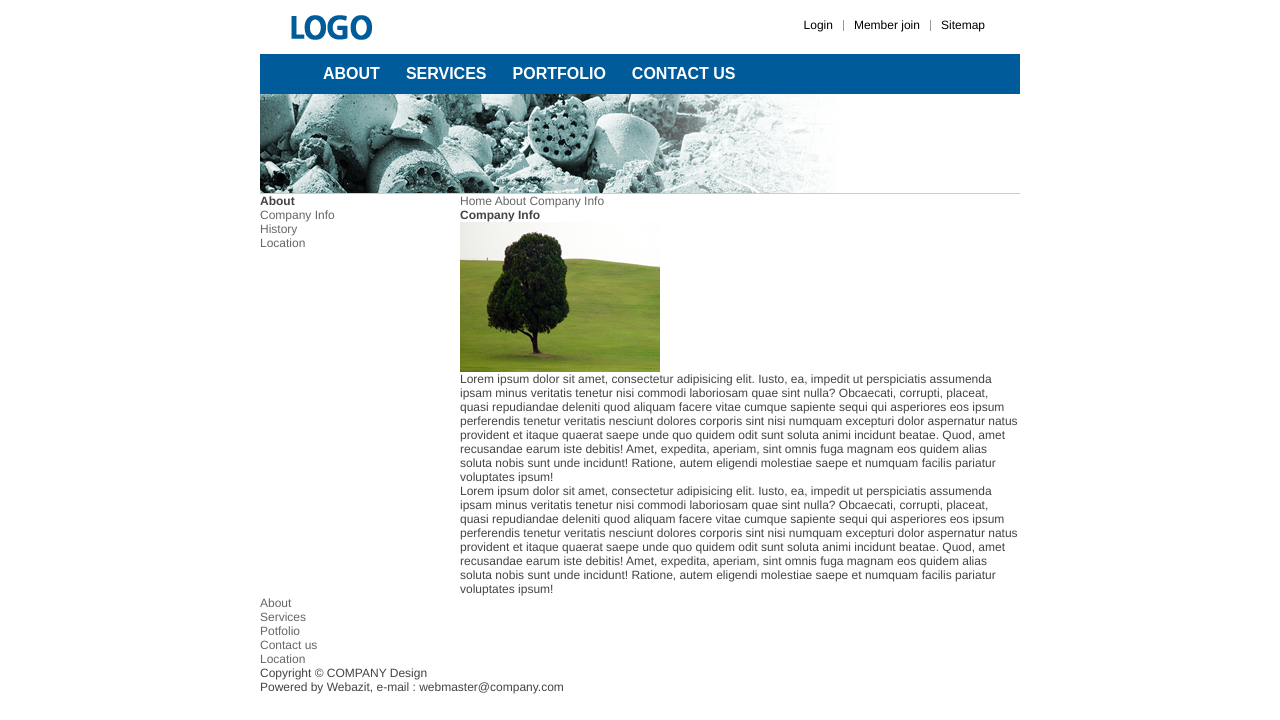
Repository: ssummini/Web
Page: CSS/src/main/webapp/10_webPage/index.html
An editor plug-in stored every save of this project. The page is shown before and after the next save, followed by the edit.
The browser window is 1280 px wide. The pictures show the whole page.
Some web fonts or font styles are not loaded; a fallback is used.

Above is the page before, as saved 2024-08-16 07:28:18.

### CSS/src/main/webapp/10_webPage/index.html
<!DOCTYPE html>
<html>
<head>
<meta charset="UTF-8">
<title>Insert title here</title>
<link rel="stylesheet" href="./main.css">
</head>
<body>
<dl class="skip">
	<dt class="blind">skip navigation</dt>
	<dd><a href="#content">skip to content</a></dd>
</dl><!-- skip -->
<hr/>

<div id="wrap">
	<div id="header">
		<h1 class="logo"><a href="#">LOGO</a></h1>

		<dl class="topnav">
			<dt class="blind">top navigation</dt>
			<dd><a href="#">Login</a></dd>
			<dd><a href="#">Member join</a></dd>
			<dd><a href="#">Sitemap</a></dd>
		</dl>

		<h2 class="blind">main navigation</h2>
		<ul class="mainnav">
			<li><a href="#">About</a></li>
			<li><a href="#">Services</a></li>
			<li><a href="#">Portfolio</a></li>
			<li><a href="#">Contact us</a></li>
		</ul>
	</div><!-- header -->
	<hr/>

	<div id="container">
		<div class="snb">
			<h2>About</h2>
			<ul>
				<li><a href="#">Company Info</a></li>
				<li><a href="#">History</a></li>
				<li><a href="#">Location</a></li>
			</ul>
		</div><!-- snb -->
		<hr/>

		<div id="content">
			<p class="locate">
				<a href="#">Home</a>
				<a href="#">About</a>
				<a href="#">Company Info</a>
			</p>

			<h2>Company Info</h2>

			<p>
				<img src="../image/treethum.png" alt="tree thumnail photo">
			</p>

			<p>Lorem ipsum dolor sit amet, consectetur adipisicing elit. Iusto, ea, impedit ut
            perspiciatis assumenda ipsam minus veritatis tenetur nisi commodi laboriosam
            quae sint nulla? Obcaecati, corrupti, placeat, quasi repudiandae deleniti quod
            aliquam facere vitae cumque sapiente sequi qui asperiores eos ipsum perferendis
            tenetur veritatis nesciunt dolores corporis sint nisi numquam excepturi dolor
            aspernatur natus provident et itaque quaerat saepe unde quo quidem odit sunt
            soluta animi incidunt beatae. Quod, amet recusandae earum iste debitis! Amet,
            expedita, aperiam, sint omnis fuga magnam eos quidem alias soluta nobis sunt
            unde incidunt! Ratione, autem eligendi molestiae saepe et numquam facilis
            pariatur voluptates ipsum!</p>
			<p>Lorem ipsum dolor sit amet, consectetur adipisicing elit. Iusto, ea, impedit ut
            perspiciatis assumenda ipsam minus veritatis tenetur nisi commodi laboriosam
            quae sint nulla? Obcaecati, corrupti, placeat, quasi repudiandae deleniti quod
            aliquam facere vitae cumque sapiente sequi qui asperiores eos ipsum perferendis
            tenetur veritatis nesciunt dolores corporis sint nisi numquam excepturi dolor
            aspernatur natus provident et itaque quaerat saepe unde quo quidem odit sunt
            soluta animi incidunt beatae. Quod, amet recusandae earum iste debitis! Amet,
            expedita, aperiam, sint omnis fuga magnam eos quidem alias soluta nobis sunt
            unde incidunt! Ratione, autem eligendi molestiae saepe et numquam facilis
            pariatur voluptates ipsum!</p>
		</div><!-- content -->
	</div><!-- container -->
	<hr/>

	<div id="footer">
		<dl class="btmnav">
			<dt class="blind">bottom navigation</dt>
				<dd><a href="#">About</a></dd>
				<dd><a href="#">Services</a></dd>
				<dd><a href="#">Potfolio</a></dd>
				<dd><a href="#">Contact us</a></dd>
				<dd><a href="#">Location</a></dd>
		</dl>

    	<p class="copy">
			Copyright &copy; COMPANY Design<br>
			Powered by Webazit, e-mail : webmaster@company.com
		</p>
	</div><!-- footer -->
</div><!--  wrap -->
</body>
</html>
<!--
Skip Navigation
Skip Navigation 사용하는 가장 큰 이유는 사용자 편의 및 웹 접근성이다.

웹 접근성이라고 하면 우리나라에서는 장애인에 대한 편의를 제공하는 것이다.

본문으로 이동하기 위해서는 대 메뉴와 좌측 메뉴 등과 같이 반복적으로 제공되는 링크를 모두 거쳐야만 한다. 즉, Tab키/방향키을 반복적으로 눌러야하는 불필요한 행동을 해야하는 것이다. 이는 웹 접근성을 저해하는 주요인이 된다. 그래서 사용자 특히 장애인이 반복적인 링크들로 인해 불편해 하지 않고, 원하는 영역 즉 ‘본문’으로 바로 이동할 수 있는 건너뛰기 링크를 반드시 제공해야 한다.

하지만 더 큰 범위에서는 정상적으로 쓸 수 없는 상황에 대해서도 편의를 제공하는 것이다.

가령 내가 마우스가 고장났다면?
또는 키보드를 못쓴다면?

여기서 Skip Navigation는 키보드만으로 접근을 하는 사용자를 위한 편의를 제공하는 경우도 있다
마우스로 우리가 보고자 하는 본문 내용 쪽으로 포커스를 움직인다면 편리하겠지만,
키보드만으로 쓰는 경우는 본문으로 가기까지 거쳐야 하는 메뉴들이 많다.
그래서 HTML 가장 상단에 Skip Navigation를 만들어 놓는다.

Skip Navigation는 <body>다음으로 나오는 것이 가장 적절하다

[본문 바로가기]  [메뉴 바로가기]  [하단정보 바로가기]
등의 Skip Navigation가 가장 많다.

HTML
<div class="skipnav">
<ul>
    <li><a href="본문 아이디값">본문으로 이동</a></li>
    <li><a href="하단정보 아이디값">하단정보 바로가기</a></li>
</ul>
</div>

CSS
.skipnav a {display:none}
.skipnav a:focus,
.skipnav a:active {display:block;}

css 는 만들기 나름이다. js나 css3를 써서 움직임을 줄 수도 있고,
position을 이용하여 display:none이 아닌 화면에서 보이지 않게 한 후 포커스가 가면 나오게 할 수도 있다.
 -->

### CSS/src/main/webapp/10_webPage/main.css
@charset "UTF-8";

@import url("./reset.css");

/* '나눔고딕체'이고, 웹 폰트를 활용 */
@import url("http://fonts.googleapis.com/earlyaccess/nanumgothic.css");

hr {
	display: none;
}

.blind {
	display: none;
	overflow: hidden;
	position: absolute;
	left: 0;
	top: -1000em;
}

/* skip css */
.skip a {
	display: block;
	overflow: hidden;
	position: absolute;
	left: 0;
	top: -1000em;
	z-index: 9999;
	width: 100%;
	background-color: navy;
	color: white;
	font: bold 1.3em Tahoma, sans-serif;
	text-decoration: none;
	text-align: center;
}

.skip a:hover, .skip a:active, .skip a:focus {
	top: 0;
	padding: 0.5em 0;
}

/* 가로 너비 지정 및 가운데 정렬 */
#wrap {
	width: 760px;
	margin: 0 auto;
}

/* header 시작 */
/* 어떤 영역에 'position: absolute'를 지정할 경우에는,
   그 영역을 감싸는 부분에 반드시 'position: relative'를 지정한다.
   그 상위 영역이 'absolute' 위치의 기준이 된다.*/

#header {
	position: relative;
	padding-bottom: 99px;
	border-bottom: 1px solid #cccccc;
	background: url("../image/bg_header.png") no-repeat 50% 100%;
}

.logo {
	padding: 12px 0 12px 26px;
}

.logo a {
	display: block;
	overflow: hidden;
	width: 90px;
	height: 30px;
	background: url("../image/logo.png") no-repeat;
	text-indent: -9999em; /* 들여쓰기, 양수이면 들여쓰기, 음수이면 내어쓰기가 된다. */
}
.topnav {
	position: absolute;
	right: 35px;
	top: 18px;
}

.topnav dd {
	float: left;
	padding-right: 11px;
	margin-right: 10px;
	background: url("../image/bg_topnav.png") no-repeat 100% 50%;

}

.topnav dd:last-child {
	padding-right: 0;
	margin-right: 0;
	background: none;
}

.topnav dd a {
	color: black;
	font-size: 9pt;
}

.mainnav {
	padding-left: 50px;
	background-color: #005B9B;
}

.mainnav:after {
	content: '';
	display: block;
	clear: both;
}

.mainnav li {
	float: left;
}

.mainnav li a {
	display: block;
	padding: 0 13px;
	background-color: #005B9B;
	color: #ffffff;
	font: bold 16px/40px 'Nanum Gothic', sans-serif;
	text-transform: uppercase;
	text-decoration: none;
}

.mainnav li a:hover {
	color: #660000;
	background-color: #ffcc00;
}
/* header 끝 */

/*
[형식]
font : 폰트두께 폰트크기/line-height 서체
*/
/* container 시작 */
#container:after {
	content: '';
	display: block;
	clear: both;
}

/* snb 시작 */
.snb {
	float: left;
	width: 170px;
}
/* snb 끝 */

/* content 시작 */
#content {
	float: right;
	width: 560px;
}

/* content 끝 */

/* container 끝 */

### CSS/src/main/webapp/10_webPage/reset.css
@charset "UTF-8";

/* reset css */
html, body {
   width: 100%;
   height: 100%;
}
html {
   overflow-y: scroll;
}
body, div, dl,dt,dd,ul,ol,li, h1,h2,h3,h4,h5,h6, form, fieldset, p, button {
   margin: 0;
   padding: 0;
}
body, h1,h2,h3,h4, input, textarea, button, select, option {
   font-family: '돋움', dotum, Helvetica, sans-serif;
   font-size: 12px;
   color: #444;
}
img, fieldset {
   border: 0;
}
li {
   list-style: none;
}
input, select, button {
   vertical-align: middle;
}
img {
   vertical-align: top;
}
em, address {
   font-style: normal;
}
a {
   color: #666;
   text-decoration: none;
}
a:hover, a:focus {
   color: #222;
   text-decoration: underline;
}
table {
   border-collapse: collapse; /* 이중테두리 없애기  */
}

After the next save:
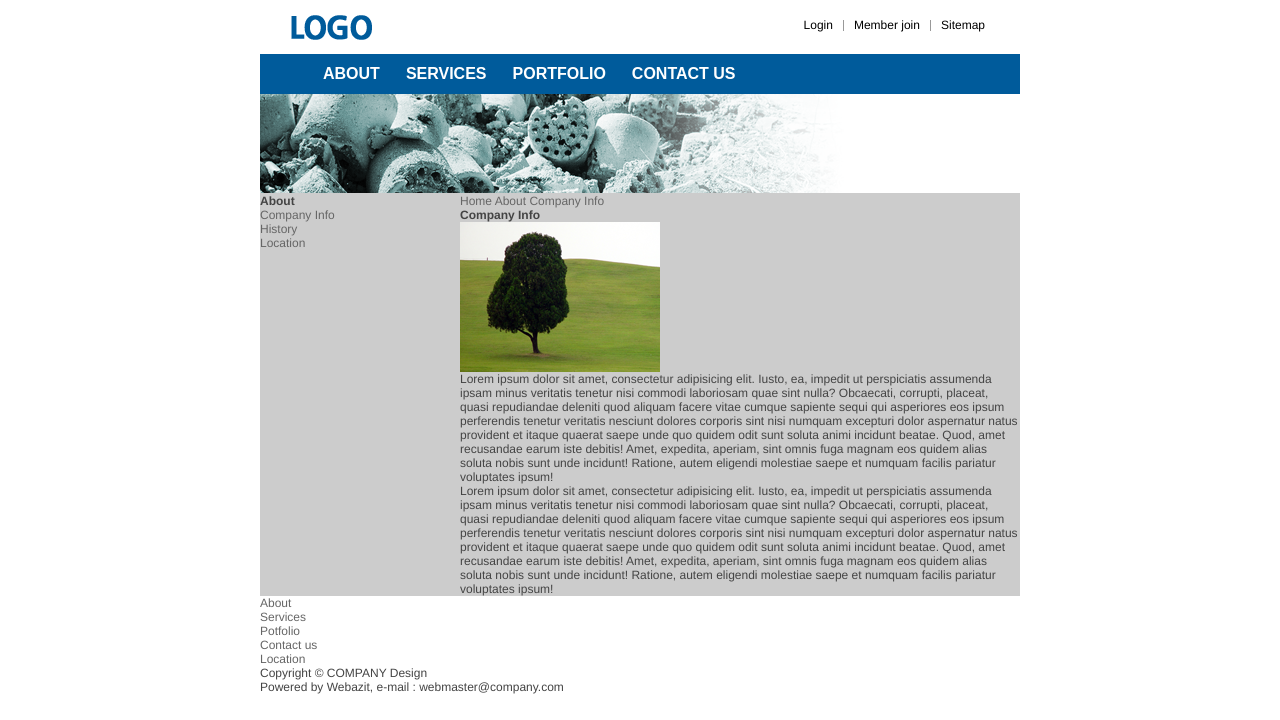
Saved 87 s later.
--- a/CSS/src/main/webapp/10_webPage/main.css
+++ b/CSS/src/main/webapp/10_webPage/main.css
@@ -129,6 +129,9 @@
 font : 폰트두께 폰트크기/line-height 서체
 */
 /* container 시작 */
+#container {
+	background: url("../image/bg_snb.png");
+}
 #container:after {
 	content: '';
 	display: block;

After the save that followed:
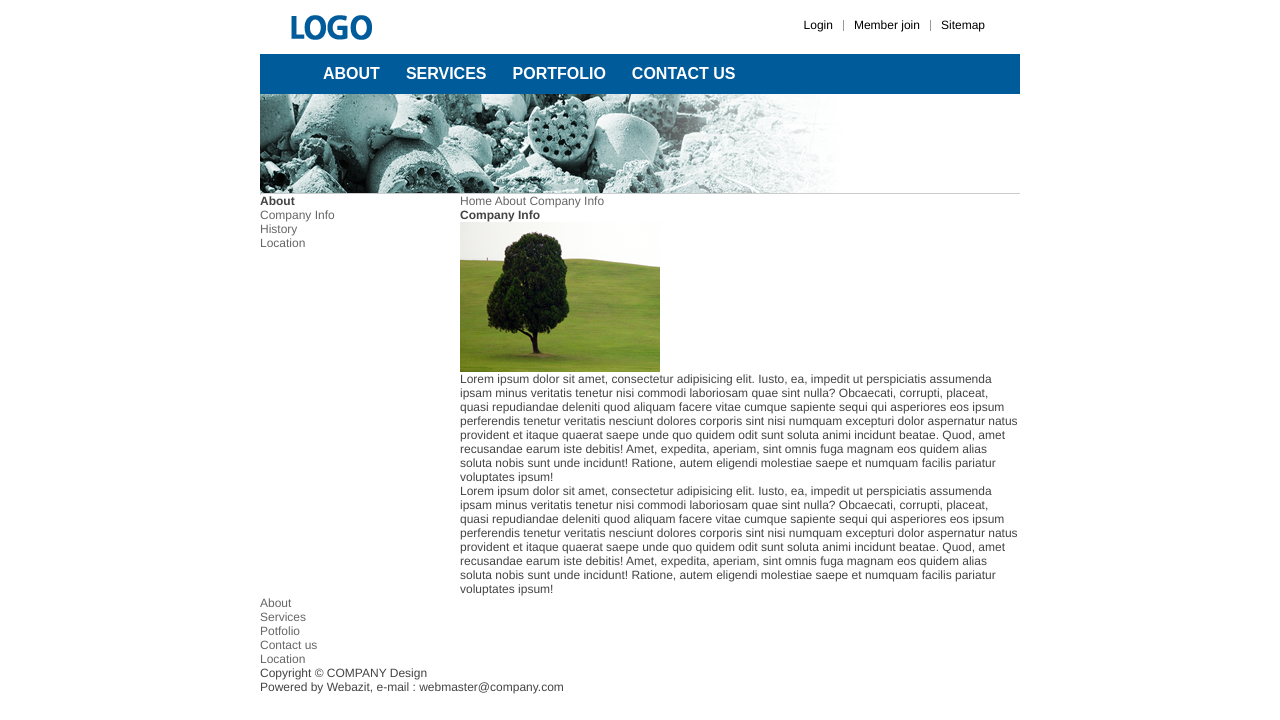
Saved 5 s later.
--- a/CSS/src/main/webapp/10_webPage/main.css
+++ b/CSS/src/main/webapp/10_webPage/main.css
@@ -130,7 +130,7 @@
 */
 /* container 시작 */
 #container {
-	background: url("../image/bg_snb.png");
+	background: url("../image/bg_snb.png") no-repeat;
 }
 #container:after {
 	content: '';
